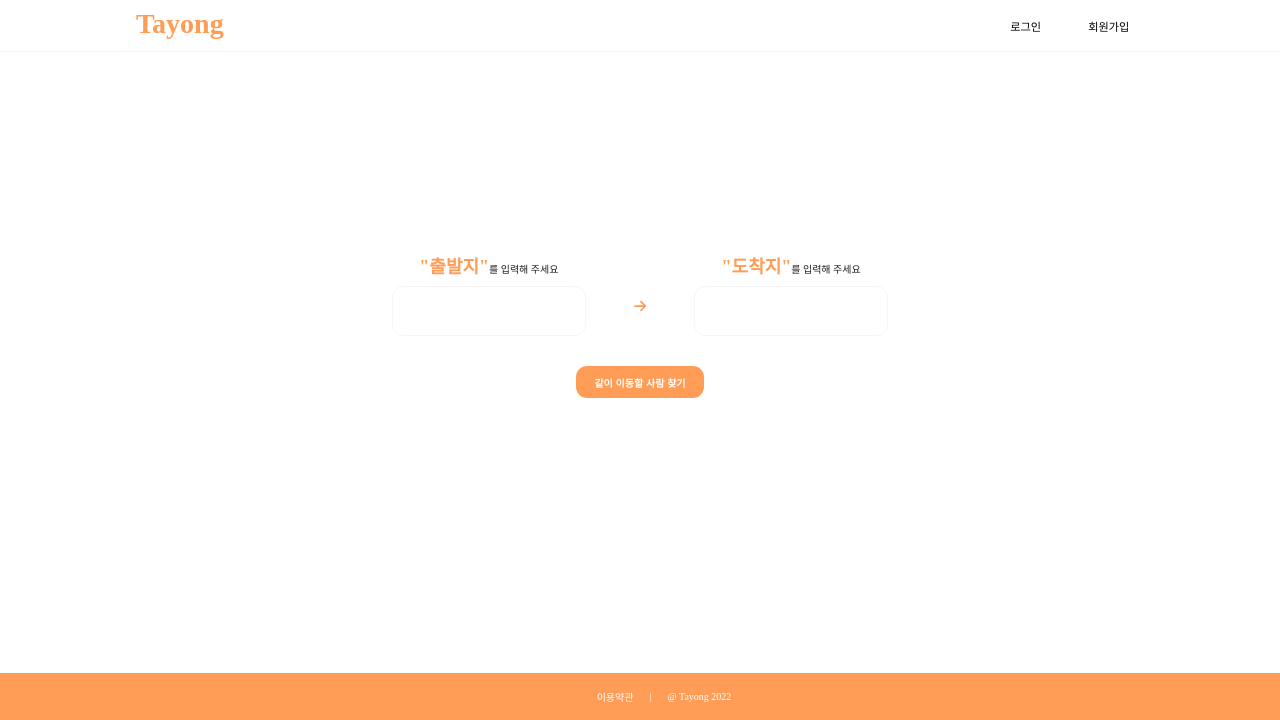
Repository: YEOMJINSEOP/playground
Page: / (app in tayong/)
These files come from the project's save history. The page is drawn as it stood at one moment and after the next save; the edit follows.
The browser window is 1280 px wide. The pictures show the whole page.
The project was rebuilt for these pictures with package versions that can differ from the ones it lists, and the page was loaded fresh each time.

Above is the page before, as saved 2022-10-28 15:37:01.

### tayong/src/App.js
import styles from './App.module.css';
import Header from './components/header/header';
import Footer from './components/footer/footer';
import LocationSelector from './components/locationSelector/locationSelector';

function App() {
  return (
    <>
    <Header/>
    <LocationSelector/>
    <Footer/>
    </>
  );
}

export default App;

### tayong/src/App.module.css
:root{

  /* color */
  --color-orange: #FF9C55;
  --color-light-grey: #f5f5f5;
  --color-white: #ffffff;
  --color-black: #201F1E;

  /* font size */
  --font-large: 48px;
  --font-medium: 28px;
  --font-regular: 18px;
  --font-small: 14px;
  --font-micro: 10px;

  /* font weight */
  --weight-bold: 700;
  --weight-semi-bold: 600;
  --weight-regular: 400;

 /* border weight */
 --border-weight: 1.5px;

 /* border radius */
 --border-radius: 0.7rem;
}

/* universal setting*/
*{
  margin: 0;
}

input:focus{
  outline: none;
}

button{
  border: none;
  cursor: pointer;
  background-color: transparent;
}

### tayong/src/components/header/header.jsx
import React from 'react';
import styles from './header.module.css';

function Header(props) {
  return (
    <>
      <nav className={styles.navbar}>

        <p className={styles.logo}>Tayong</p>

        <div className={styles.navbarBtn}>
          <button className={styles.btn}>로그인</button>
          <button className={styles.btn}>회원가입</button>
        </div>

      </nav>
    </>
  );
}

export default Header;

### tayong/src/components/footer/footer.jsx
import React from 'react';
import styles from './footer.module.css';

function Footer(props) {
  return (
     <footer className={styles.footer}>
      <p className={styles.contract}>이용약관</p>
      <p> | </p>
      <p className={styles.name}>@ Tayong 2022</p>
     </footer>
  );
}

export default Footer;

### tayong/src/components/locationSelector/locationSelector.jsx
import React, { useState } from 'react';
import styles from './locationSelector.module.css';

import { library } from '@fortawesome/fontawesome-svg-core';
import { faArrowRight} from '@fortawesome/free-solid-svg-icons';
import { FontAwesomeIcon} from '@fortawesome/react-fontawesome';

library.add(faArrowRight);


function LocationSelector(props) {
  const [departure, setDeparture] = useState('');
  const [arrival, setArrival] = useState('');
  const handleSubmit = (e) => {
    e.preventDefault();
  }
  return (
    <form onSubmit = {handleSubmit} className={styles.locationSelector}>
      <div className={styles.location}>
        <div className={styles.departure}>
          <div className={styles.info}><span>"출발지"</span>를 입력해 주세요</div>
          <label htmlFor='departure'></label>
            <input
              className={styles.locationSelectorInput}
              type="text"
              id='departure'
              name='departure'
              value = {departure}
              onChange = {
                (e) => {
                  setDeparture(e.target.value);
                }
              }
          />
        </div>
        <div className={styles.arrow}>
          <FontAwesomeIcon icon="fa-solid fa-arrow-right"/>
        </div>
        <div className={styles.arrival}>
            <div className={styles.info}><span>"도착지"</span>를 입력해 주세요</div>
            <label htmlFor='arrival'></label>
            <input
            className={styles.locationSelectorInput}
            id='arrival'
            name='arrival'
            value={arrival}
            type="text"
            onChange={
              (e) => {
                setArrival(e.target.value);
              }
            } />
        </div>
      </div>
        <button className={styles.submitBtn}>같이 이동할 사람 찾기</button>
    </form>
  );
}

export default LocationSelector;

### tayong/src/components/header/header.module.css
@import '../../App.module.css';

button{
  width: 4rem;
  font-size: 0.7rem;
}

.navbar{
  width: 100%;
  padding: 0.5rem;

  position: fixed;

  background-color: var(--color-white);
  border-bottom: var(--border-weight) solid var(--color-light-grey);

  display: flex;
  justify-content: space-between;
}

.logo{
  font-size: var(--font-medium);
  font-weight: bold;
  color: var(--color-orange);
  padding-left: 8rem;
  margin-bottom: 0.2rem;
  cursor: pointer;
}

.navbarBtn{
  display: flex;
  flex-direction: row;
  align-items: center;
  padding-right: 8rem;
}

.btn{
  margin-right: 1.2rem;
  height: 1.2rem;
  padding: 0;
  cursor: pointer;
}

### tayong/src/components/footer/footer.module.css
@import '../../App.module.css';

.footer{
  width: 100%;
  padding: 1rem;

  position: fixed;
  bottom: 0;

  background-color: var(--color-orange);
  color: var(--color-white);

  display: flex;
  flex-direction: row;
  justify-content: center;
  align-items: center;
  font-size: var(--font-micro)
}

p{
  padding-left: 1rem;
}

.contract:hover{
  cursor: pointer;
}

### tayong/src/components/locationSelector/locationSelector.module.css
@import '../../App.module.css';

.locationSelector{
  position: fixed;

  width: 100%;
  margin: auto;
  top: 35%;

  display: flex;
  flex-direction: column;
  align-items: center;
}

.location{
  display: flex;
  flex-direction: row;
  justify-content: space-between;
  margin-bottom: 30px;
}

.departure, .arrival{
  margin: 0 3rem;
}

.locationSelectorInput{
  width: 11rem;
  height: 3rem;
  padding: 0 0.5rem;
  border: var(--border-weight) solid var(--color-light-grey) ;
  border-radius: 0.7rem;
  color: var(--color-black);
  font-size: var(--font-small);
}

.info{
  font-size: var(--font-micro);
  color: var(--color-black);
  text-align: center;
  padding-bottom: 0.5rem;
}

span{
  font-size: var(--font-regular);
  font-weight: var(--weight-bold);
  color: var(--color-orange);
}

.submitBtn{
  outline: none;
  width: 8rem;
  height: 2rem;
  color: var(--color-white);
  font-size: var(--font-micro);
  font-weight: var(--weight-bold);
  background-color: var(--color-orange);
  border-radius: var(--border-radius) ;
}

.arrow{
  display: flex;
  align-items:center;
  padding-top: 1.5rem;
  font-size: var(--font-small);
  color: var(--color-orange);
}

### tayong/src/app.module.css
:root{
  /* color */
  --color-blue: #0756BC;
  --color-grey: #9C9C9C;

  /*font size*/
  --font-large: 64px;
  --font-small: 18px;
}

*{
  font-family: 'Anton', sans-serif;
  font-family: 'Do Hyeon', sans-serif;
  box-sizing: border-box;
}

.container{
  display: flex;
  flex-direction: column;
  align-items: center;

  margin: 5em 0;
  margin: auto;
  width: 22rem;
  height: 100vh;
  padding: 2em 0;
}

.logo{
  display: flex;
  flex-direction: column;
}

.mainLogo{
  font-size: var(--font-large);
  color: var(--color-blue);
  margin-top: 0;
}

.sideLogo{
  margin-bottom: 0;
  text-align: left;
  font-size: var(--font-small);
}

.logoImage{
  width: 10em;
  height: 10em;
}

.button{
  margin-top: 5em;
  white-space: nowrap;
  width: 30%;
  min-width: 10em;
  height: 2em;
  outline: none;
  font-size: var(--font-small);
}

Loaded but not shown: tayong/public/index.html (common file); tayong/src/index.js (common file); tayong/src/index.css (common file); tayong/src/reportWebVitals.js (common file)

After the next save:
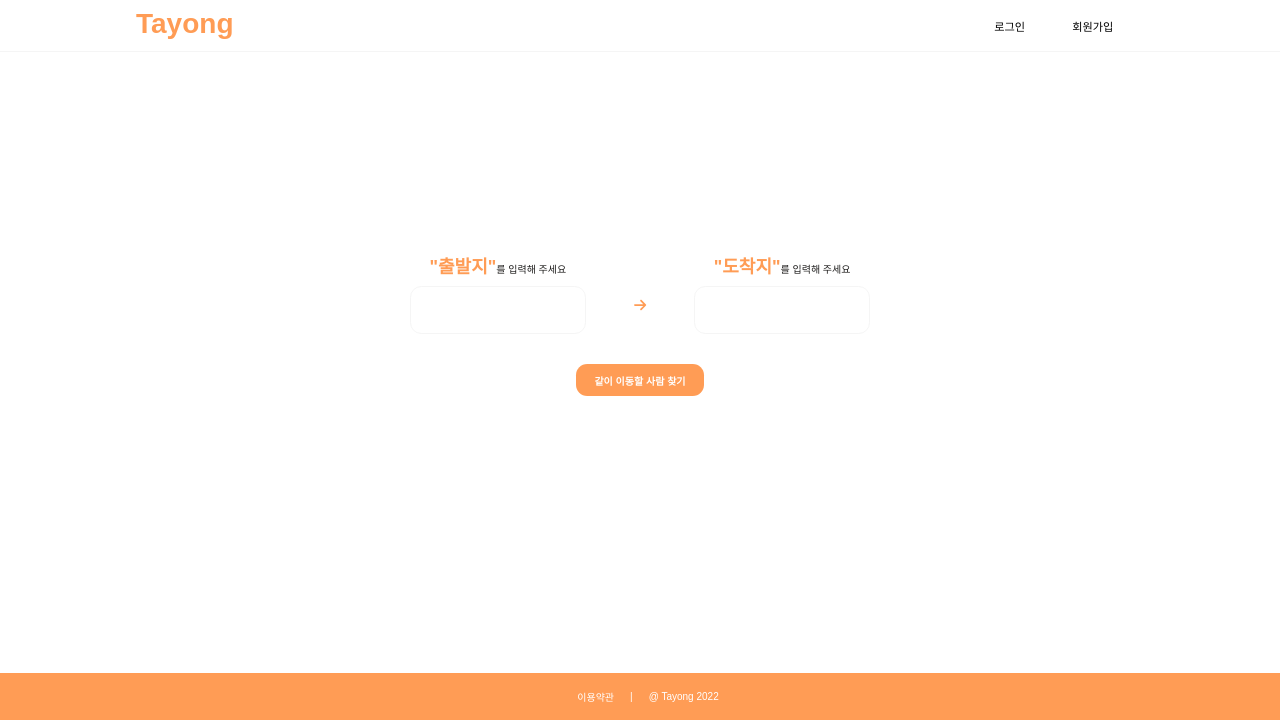
Saved 35 min 58 s later.
--- a/tayong/src/App.js
+++ b/tayong/src/App.js
@@ -1,4 +1,4 @@
-import styles from './App.module.css';
+import styles from './app.module.css';
 import Header from './components/header/header';
 import Footer from './components/footer/footer';
 import LocationSelector from './components/locationSelector/locationSelector';

After the save that followed:
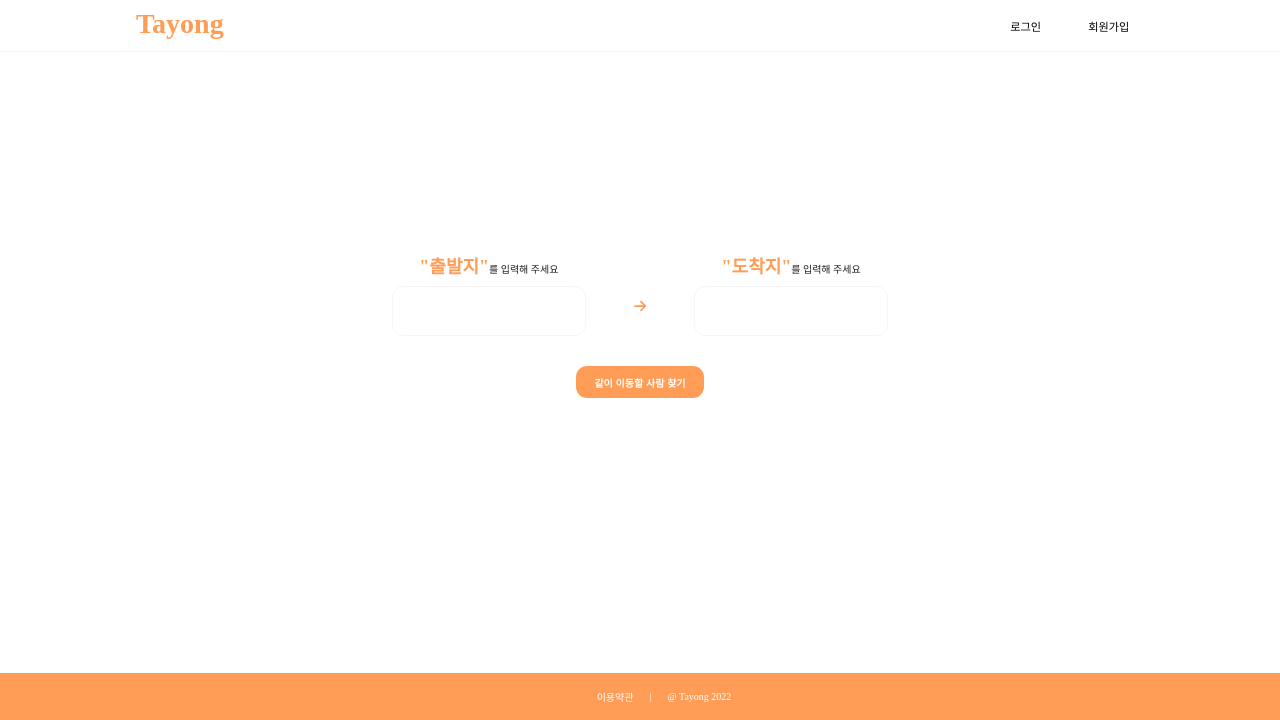
Saved 75 s later.
--- a/tayong/src/App.js
+++ b/tayong/src/App.js
@@ -1,4 +1,4 @@
-import styles from './app.module.css';
+import styles from './App.module.css';
 import Header from './components/header/header';
 import Footer from './components/footer/footer';
 import LocationSelector from './components/locationSelector/locationSelector';
